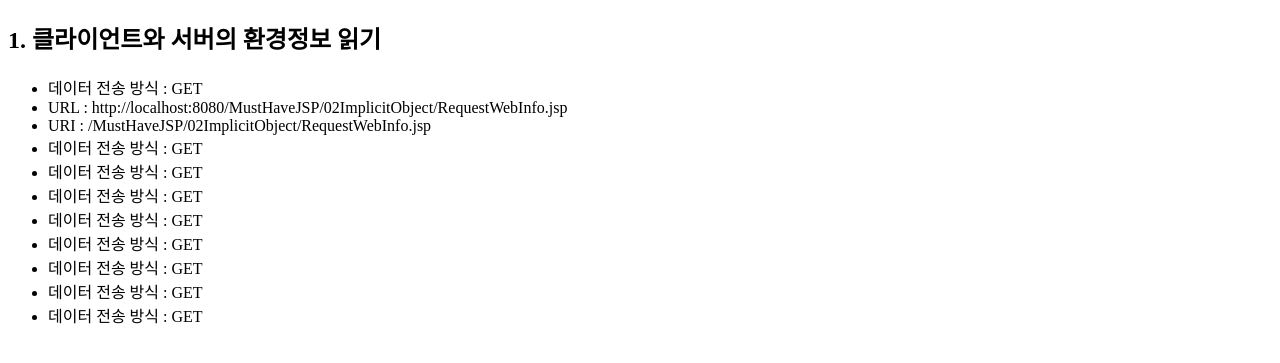
Repository: iamstudybox00/JSP_Servlet
Page: http://localhost/MustHaveJSP/02ImplicitObject/RequestWebInfo.jsp
These files come from the project's save history. The page is drawn as it stood at one moment and after the next save; the edit follows.
The browser window is 1280 px wide. The pictures show the whole page.
The page is served by Tomcat 10. Other server files are loaded and not shown.

Above is the page before, as saved 2025-05-02 05:59:39.

### MustHaveJSP/src/main/webapp/02ImplicitObject/RequestWebInfo.jsp
<%@ page language="java" contentType="text/html; charset=UTF-8"
    pageEncoding="UTF-8"%>
<!DOCTYPE html>
<html>
	<head>
	<title>내장 객체 - request</title>
	</head>
	<body>
		<h2>1. 클라이언트와 서버의 환경정보 읽기</h2>
		<ul>
			<li>데이터 전송 방식 : <%= request.getMethod() %></li>
			<li>URL : <%= request.getRequestURL() %></li>
			<li>URI : <%= request.getRequestURI() %></li>
			<li>데이터 전송 방식 : <%= request.getMethod() %></li>
			<li>데이터 전송 방식 : <%= request.getMethod() %></li>
			<li>데이터 전송 방식 : <%= request.getMethod() %></li>
			<li>데이터 전송 방식 : <%= request.getMethod() %></li>
			<li>데이터 전송 방식 : <%= request.getMethod() %></li>
			<li>데이터 전송 방식 : <%= request.getMethod() %></li>
			<li>데이터 전송 방식 : <%= request.getMethod() %></li>
			<li>데이터 전송 방식 : <%= request.getMethod() %></li>
		</ul>
	</body>
</html>

After the next save:
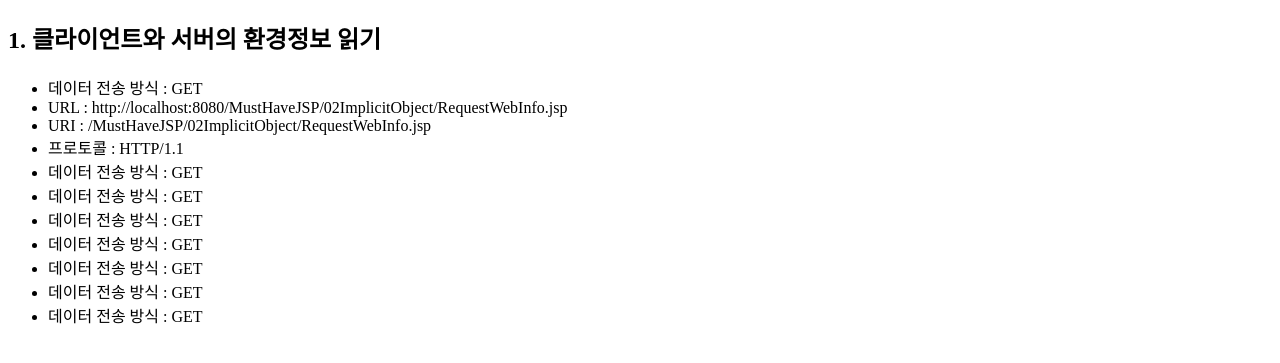
Saved 19 s later.
--- a/MustHaveJSP/src/main/webapp/02ImplicitObject/RequestWebInfo.jsp
+++ b/MustHaveJSP/src/main/webapp/02ImplicitObject/RequestWebInfo.jsp
@@ -11,7 +11,7 @@
 			<li>데이터 전송 방식 : <%= request.getMethod() %></li>
 			<li>URL : <%= request.getRequestURL() %></li>
 			<li>URI : <%= request.getRequestURI() %></li>
-			<li>데이터 전송 방식 : <%= request.getMethod() %></li>
+			<li>프로토콜 : <%= request.getProtocol() %></li>
 			<li>데이터 전송 방식 : <%= request.getMethod() %></li>
 			<li>데이터 전송 방식 : <%= request.getMethod() %></li>
 			<li>데이터 전송 방식 : <%= request.getMethod() %></li>
